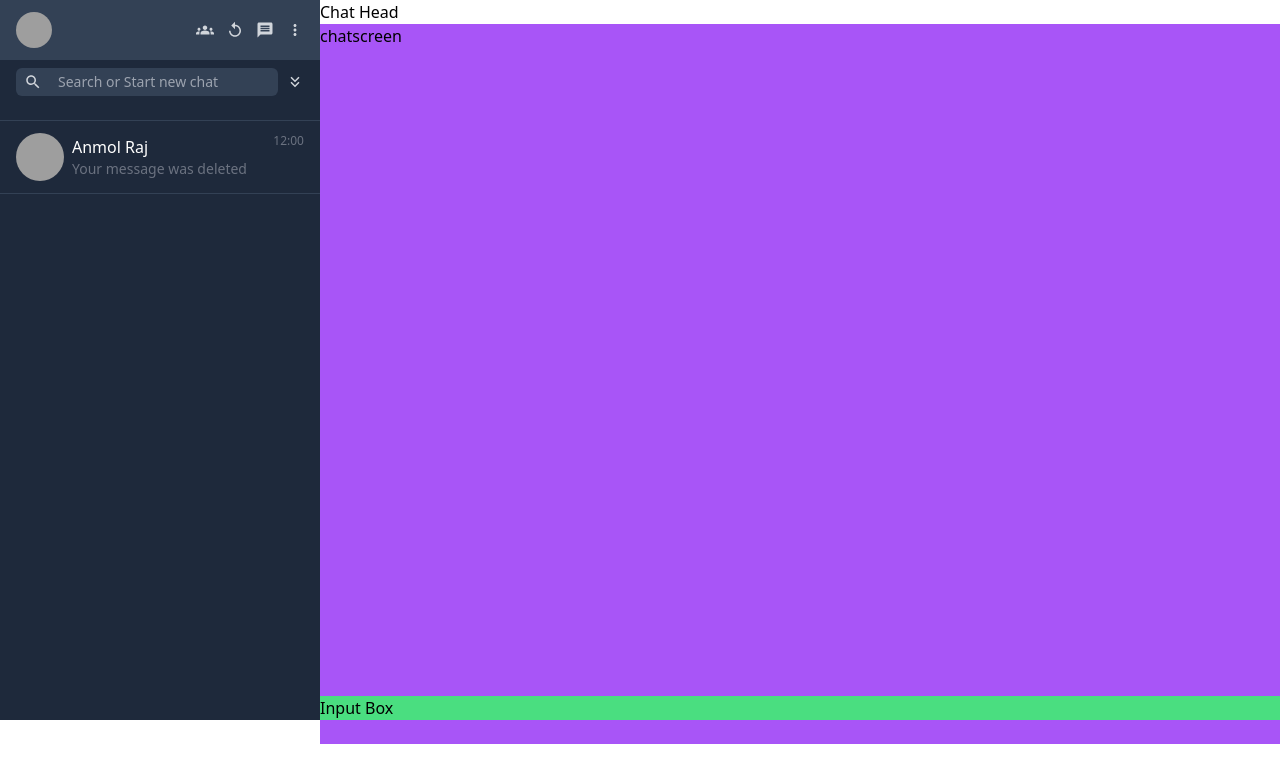
Repository: theanmol-raj/whatsapp
Page: /
An editor plug-in stored every save of this project. The page is shown before and after the next save, followed by the edit.
The browser window is 1280 px wide. The pictures show the whole page.
Pictures or frames that could not be fetched are drawn as grey boxes. The project was rebuilt for these pictures with package versions that can differ from the ones it lists, and the page was loaded fresh each time.

Above is the page before, as saved 2022-12-03 22:08:39.

After the next save:
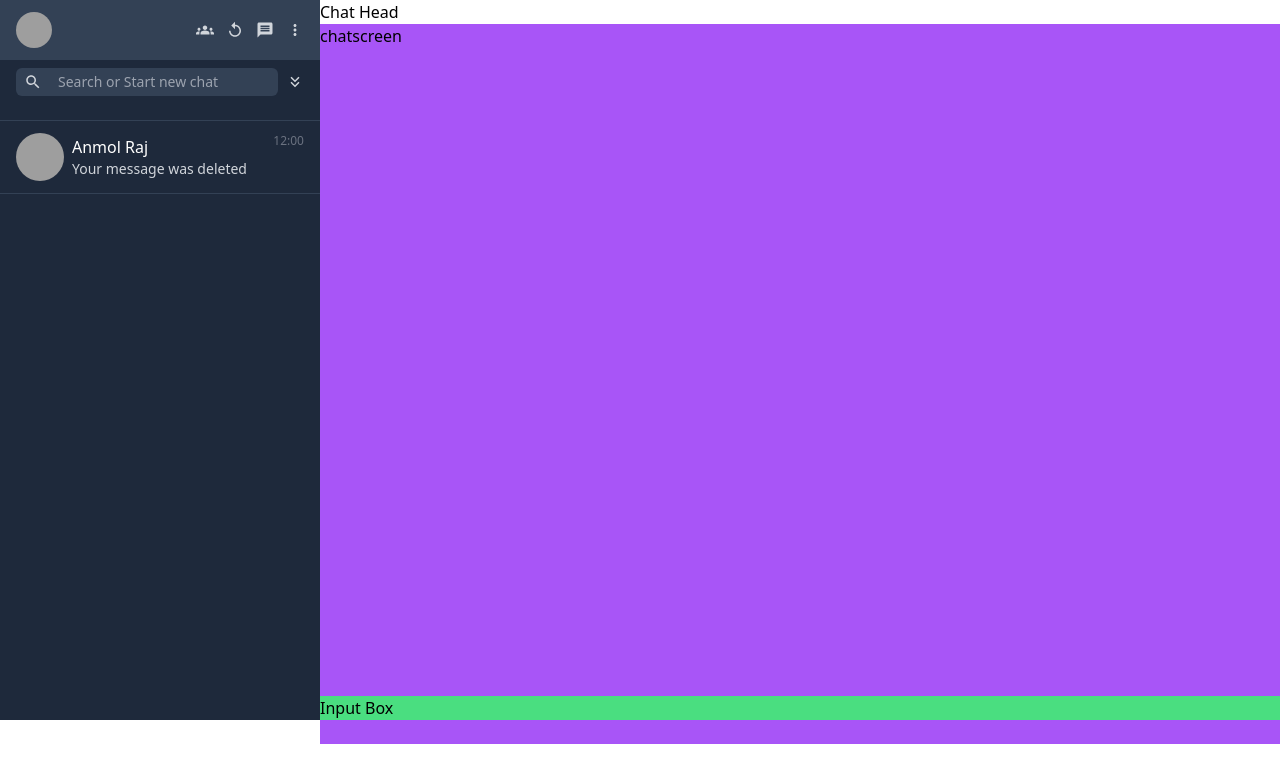
Saved 46 s later.
--- a/src/Components/ContactCard.jsx
+++ b/src/Components/ContactCard.jsx
@@ -8,7 +8,7 @@ function ContactCard() {
                 <img className=' rounded-full h-12 w-12' alt='' src="https://pps.whatsapp.net/v/t61.24694-24/158723607_419193396439292_5955373819812020282_n.jpg?stp=dst-jpg_s96x96&ccb=11-4&oh=01_AdRKjHR9ktMhs2HrAksQulr5trvWOTtpB53hlyDh0ZECbw&oe=63986EC2" />
                 <div>
                     <p className=' text-white text-base'>Anmol Raj</p>
-                    <p> Your message was deleted</p>
+                    <p className=' text-gray-300'> Your message was deleted</p>
                 </div>
             </div>
             <div>
